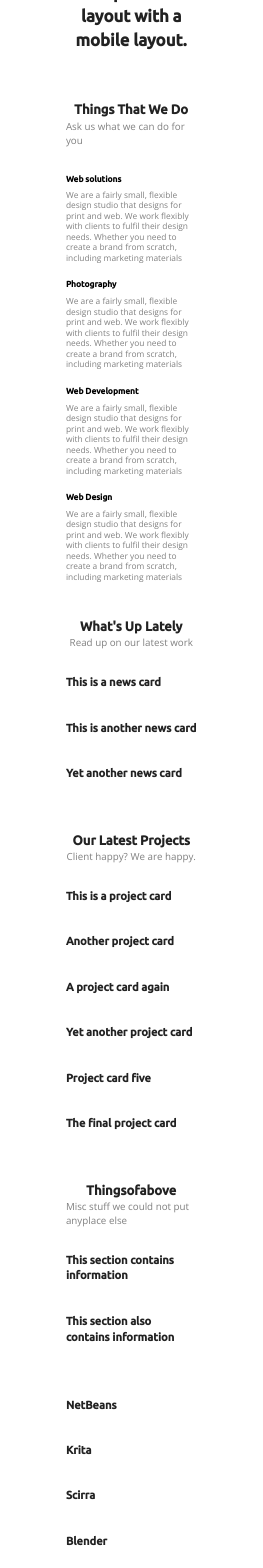
Repository: kennyharman/Marlowe_Kenny_Lab_02B
Page: index.html
The author's editor kept a copy of each file at every save. The page is drawn from the files as they stood at one save, then again after the next save.
The browser window is 375 px wide. The pictures show the part of the page from y = 488 to 2728 px (the page is 3244 px tall before and 3264 px after), at 70% of full size.

Above is the page before, as saved 2024-02-05 16:12:41.

### index.html
<!doctype html>
<html class="no-js" lang="EN">

<head>
  <meta charset="utf-8">
  <meta name="viewport" content="width=device-width, initial-scale=1">
  <title></title>
  <link rel="stylesheet" href="css/style.css">
  <link href="https://fonts.googleapis.com/css2?family=Open+Sans:ital,wght@0,400;0,700;1,400&family=Ubuntu:ital,wght@0,300;0,500;1,300&display=swap" rel="stylesheet">
  <meta name="description" content="">

  <meta property="og:title" content="Metrolics page">
  <meta property="og:type" content="website">
  <meta property="og:url" content="http://localhost:8888/metrolics/">

  <link rel="icon" href="/favicon.ico" sizes="any">
  <link rel="icon" href="/icon.svg" type="image/svg+xml">
  <link rel="apple-touch-icon" href="icon.png">

  <link rel="manifest" href="site.webmanifest">
  <meta name="theme-color" content="#fafafa">
</head>

<body class="page">
  <script src="js/app.js"></script>

<header class="page__header">
  <div class="row m-col-2 l-col-2 menu">
    <div class="col header__menu-logo">
      <h1>Metrolics</h1>
    </div>
    <div class="col header__menu-nav">
      Home
      Pages
      Blog
      Portfolio
      Home
    </div>
</header>

<main>
  <div class="page__banner">
    <div class="col banner-header">
      <h1>This is a picture of the Minions</h1>
    </div>
  </div>
  <div class="page__section">
    <div class="row header">
      <div class="col header-text">
        <h2>Hey guys! This is the <span class="text__color-change">Metrolics</span> theme.<br/>It sports a responsive layout with a mobile layout.</h2>
      </div>
    </div>
  </div>

  <div class="section-services">
    <div class="row m-col-2 l-col-4">
      <div class="col m-row-span l-row-span heading">
        <h3>Things That We Do</h3>
        <p>Ask us what we can do for you</p>
      </div>
      <div class="col services-card">
        <h4>Web solutions</h4>
        We are a fairly small, flexible design studio that designs for print and web. We work flexibly with clients to fulfil their design needs. Whether you need to create a brand from scratch, including marketing materials
      </div>
      <div class="col services-card">
        <h4>Photography</h4>
        We are a fairly small, flexible design studio that designs for print and web. We work flexibly with clients to fulfil their design needs. Whether you need to create a brand from scratch, including marketing materials
      </div>
      <div class="col services-card">
        <h4>Web Development</h4>
        We are a fairly small, flexible design studio that designs for print and web. We work flexibly with clients to fulfil their design needs. Whether you need to create a brand from scratch, including marketing materials
      </div>
      <div class="col services-card">
        <h4>Web Design</h4>
        We are a fairly small, flexible design studio that designs for print and web. We work flexibly with clients to fulfil their design needs. Whether you need to create a brand from scratch, including marketing materials
      </div>
    </div>
  </div>
    </div>
  </div>

  <div class="section-work">
    <div class="row m-col-2 l-col-3">
      <div class="col m-row-span l-row-span heading">
        <h3>What's Up Lately</h3>
        <p>Read up on our latest work</p>
      </div>
      <div class="col m-row-span image">
        <h4>This is a news card</h4>
      </div>
      <div class="col image">
        <h4>This is another news card</h4>
      </div>
      <div class="col image">
        <h4>Yet another news card</h4>
      </div>
    </div>
  </div>

  <div class="section-projects">
    <div class="row m-col-2 l-col-3">
      <div class="col m-row-span l-row-span heading">
        <h3>Our Latest Projects</h3>
        <p>Client happy? We are happy.</p>
      </div>
      <div class="col image">
        <h4>This is a project card</h4>
      </div>
      <div class="col image">
        <h4>Another project card</h4>
      </div>
      <div class="col image">
        <h4>A project card again</h4>
      </div>
      <div class="col image">
        <h4>Yet another project card</h4>
      </div>
      <div class="col iamge">
        <h4>Project card five</h4>
      </div>
      <div class="col image">
        <h4>The final project card</h4>
      </div>
    </div>
  </div>

  <div class="section-misc">
    <div class="row l-col-2">
      <div class="col l-row-span heading">
        <h3>Thingsofabove</h3>
        <p>Misc stuff we could not put anyplace else</p>
      </div>
      <div class="col misc-content">
        <h4>This section contains information</h4>
      </div>
      <div class="col misc-content">
        <h4>This section also contains information</h4>
      </div>
    </div>
  </div>

  <div class="section-affiliates">
    <div class="row m-col-5 l-col-5">
      <div class="col affiliates-card">
        <h4>NetBeans</h4>
      </div>
      <div class="col affiliates-card">
        <h4>Krita</h4>
      </div>
      <div class="col affiliates-card">
        <h4>Scirra</h4>
      </div>
      <div class="col affiliates-card">
        <h4>Blender</h4>
      </div>
      <div class="col affiliates-card">
        <h4>InkScape</h4>
      </div>
    </div>
  </div>
</main>
<footer class="page__footer">
  <div class="row m-col-2 l-col-4 footer">
    <div class="col m-row-span l-row-span footer-heading">
      <h3>This the heading component inside the footer</h3>
    </div>
    <div class="col footer-item">
      <h3>This is a footer item</h3>
    </div>
    <div class="col footer-item">
      <h3>This is another footer item</h3>
    </div>
    <div class="col footer-item">
      <h3>This is the 3rd footer item</h3>
    </div>
    <div class="col footer-item">
      <h3>
        This is the last footer item
      </h3>
    </div>
  </div>
</footer>
</body>

### css/style.css
/*! HTML5 Boilerplate v9.0.0-RC1 | MIT License | https://html5boilerplate.com/ */

/* main.css 3.0.0 | MIT License | https://github.com/h5bp/main.css#readme */
/*
 * What follows is the result of much research on cross-browser styling.
 * Credit left inline and big thanks to Nicolas Gallagher, Jonathan Neal,
 * Kroc Camen, and the H5BP dev community and team.
 */

/* ==========================================================================
   Base styles: opinionated defaults
   ========================================================================== */

html {
  color: #222;
  font-size: 1em;
  line-height: 1.4;
}

/*
 * Remove text-shadow in selection highlight:
 * https://twitter.com/miketaylr/status/12228805301
 *
 * Customize the background color to match your design.
 */

::-moz-selection {
  background: #b3d4fc;
  text-shadow: none;
}

::selection {
  background: #b3d4fc;
  text-shadow: none;
}

/*
 * A better looking default horizontal rule
 */

hr {
  display: block;
  height: 1px;
  border: 0;
  border-top: 1px solid #ccc;
  margin: 1em 0;
  padding: 0;
}

/*
 * Remove the gap between audio, canvas, iframes,
 * images, videos and the bottom of their containers:
 * https://github.com/h5bp/html5-boilerplate/issues/440
 */

audio,
canvas,
iframe,
img,
svg,
video {
  vertical-align: middle;
}

/*
 * Remove default fieldset styles.
 */

fieldset {
  border: 0;
  margin: 0;
  padding: 0;
}

/*
 * Allow only vertical resizing of textareas.
 */

textarea {
  resize: vertical;
}

/* ==========================================================================
   Author's custom styles
   ========================================================================== */

/* ==========================================================================
   Helper classes
   ========================================================================== */

/*
 * Hide visually and from screen readers
 */

.hidden,
[hidden] {
  display: none !important;
}

/*
 * Hide only visually, but have it available for screen readers:
 * https://snook.ca/archives/html_and_css/hiding-content-for-accessibility
 *
 * 1. For long content, line feeds are not interpreted as spaces and small width
 *    causes content to wrap 1 word per line:
 *    https://medium.com/@jessebeach/beware-smushed-off-screen-accessible-text-5952a4c2cbfe
 */

.visually-hidden {
  border: 0;
  clip: rect(0, 0, 0, 0);
  height: 1px;
  margin: -1px;
  overflow: hidden;
  padding: 0;
  position: absolute;
  white-space: nowrap;
  width: 1px;
  /* 1 */
}

/*
 * Extends the .visually-hidden class to allow the element
 * to be focusable when navigated to via the keyboard:
 * https://www.drupal.org/node/897638
 */

.visually-hidden.focusable:active,
.visually-hidden.focusable:focus {
  clip: auto;
  height: auto;
  margin: 0;
  overflow: visible;
  position: static;
  white-space: inherit;
  width: auto;
}

/*
 * Hide visually and from screen readers, but maintain layout
 */

.invisible {
  visibility: hidden;
}

/*
 * Clearfix: contain floats
 *
 * The use of `table` rather than `block` is only necessary if using
 * `::before` to contain the top-margins of child elements.
 */

.clearfix::before,
.clearfix::after {
  content: "";
  display: table;
}

.clearfix::after {
  clear: both;
}

/* ==========================================================================
   EXAMPLE Media Queries for Responsive Design.
   These examples override the primary ('mobile first') styles.
   Modify as content requires.
   ========================================================================== */

@media only screen and (min-width: 35em) {
  /* Style adjustments for viewports that meet the condition */
}

@media print,
  (-webkit-min-device-pixel-ratio: 1.25),
  (min-resolution: 1.25dppx),
  (min-resolution: 120dpi) {
  /* Style adjustments for high resolution devices */
}

/* ==========================================================================
   Print styles.
   Inlined to avoid the additional HTTP request:
   https://www.phpied.com/delay-loading-your-print-css/
   ========================================================================== */

@media print {
  *,
  *::before,
  *::after {
    background: #fff !important;
    color: #000 !important;
    /* Black prints faster */
    box-shadow: none !important;
    text-shadow: none !important;
  }

  a,
  a:visited {
    text-decoration: underline;
  }

  a[href]::after {
    content: " (" attr(href) ")";
  }

  abbr[title]::after {
    content: " (" attr(title) ")";
  }

  /*
   * Don't show links that are fragment identifiers,
   * or use the `javascript:` pseudo protocol
   */
  a[href^="#"]::after,
  a[href^="javascript:"]::after {
    content: "";
  }

  pre {
    white-space: pre-wrap !important;
  }

  pre,
  blockquote {
    border: 1px solid #999;
    page-break-inside: avoid;
  }

  tr,
  img {
    page-break-inside: avoid;
  }

  p,
  h2,
  h3 {
    orphans: 3;
    widows: 3;
  }

  h2,
  h3 {
    page-break-after: avoid;
  }
}

/* Our Styling */
div,
main,
section,
footer,
header {
  margin-left: 15px;
  margin-right: 15px;
}

h1,
h2,
h3,
h4,
h5,
h6 {
    font-family: 'Ubuntu', sans-serif;
}

p {
    font-family: 'Open Sans', sans-serif;
}

.row {
  display: grid;
  margin-top: 2rem;
}

.col {
  position: relative;
}

.page__header,
.banner-header,
.page__section,
.section-services,
.section-work,
.section-projects,
.section-misc,
.section-affiliates,
.footer {
  margin: auto;
  width: 60%;
}

.heading {
  display: flex;
  flex-direction: column;
  align-items: center;
  padding: 0 auto;
}

.heading > h3 {
  margin-bottom: 0;
}

.heading > p {
  margin-top: 0;
  font-size: 14px;
  color: grey;
}

.header-text {
  text-align: center;
}

.text__color-change {
  color: lightskyblue;
}

.services-card {
  text-align: center;
  font-size: 12px;
  padding: 0px;
  color: grey;
  font-family: 'Open Sans', sans-serif;
  line-height: 23px;
}

.services-card > h4 {
  color: black;
}

/* Small only */
@media screen and (max-width: 39.9375em) {
  .page__header,
.banner-header,
.page__section,
.section-services,
.section-work,
.section-projects,
.section-misc,
.section-affiliates,
.footer {
  margin: auto;
  width: 75%;
}
  .header__menu-nav {
    display: none;
  }
  .banner {
    display: none;
  }
  .affiliates {
    display: none;
  }
  .misc {
    display: none;
  }
  .services-card {
    text-align: left;
    font-size: 12px;
    padding: 0px;
    color: grey;
    font-family: 'Open Sans', sans-serif;
    line-height: 15px;
    padding-top: 15px;
  }
  .services-card > h4 {
    line-height: 0px;
  }
}

/* Medium only */
@media screen and (min-width: 40em) and
(max-width: 63.9375em) {
  .row {
    max-width: 70rem;
    column-gap: 1.5rem;
    row-gap: 1.5rem;
    margin: 0 auto;
  }
  .m-col-2 {
    grid-template-columns: 1fr 1fr;
  }
  .m-col-3 {
    grid-template-columns: repeat(3, 1fr);
  }
  .m-col-4 {
    grid-template-columns: repeat(4, 1fr);
  }
  .m-col-5 {
    grid-template-columns: repeat(5, 1fr);
  }

  .m-row-span {
    grid-column-start: 1;
    grid-column-end: -1;
  }
}

/* Large only */
@media screen and (min-width: 64em) {
  .l-col-2 {
    grid-template-columns: 1fr 1fr;
  }
  .l-col-3 {
    grid-template-columns: repeat(3, 1fr);
  }
  .l-col-4 {
    grid-template-columns: repeat(4, 1fr);
  }
  .l-col-5 {
    grid-template-columns: repeat(5, 1fr);
  }

  .l-row-span {
    grid-column-start: 1;
    grid-column-end: -1;
  }
}

Loaded but not shown: js/app.js (no stored copy; drawn as an empty file)

After the next save:
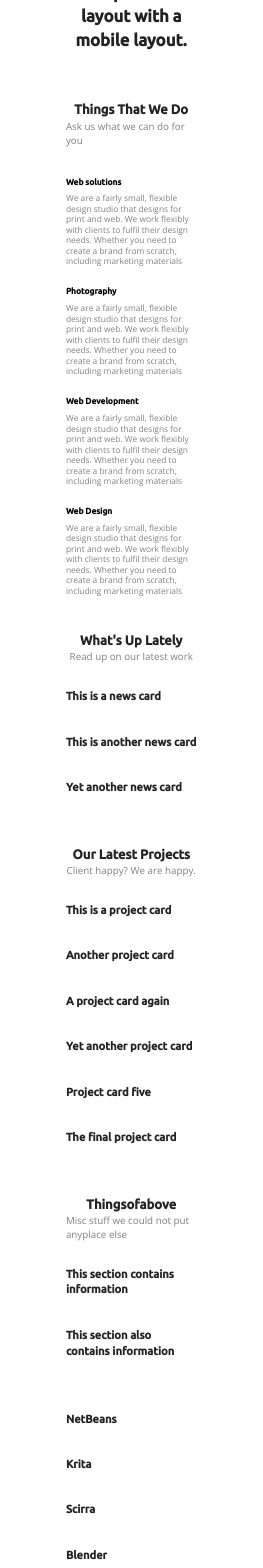
Saved 4 s later.
--- a/css/style.css
+++ b/css/style.css
@@ -361,7 +361,7 @@ p {
     color: grey;
     font-family: 'Open Sans', sans-serif;
     line-height: 15px;
-    padding-top: 15px;
+    padding-top: 20px;
   }
   .services-card > h4 {
     line-height: 0px;
